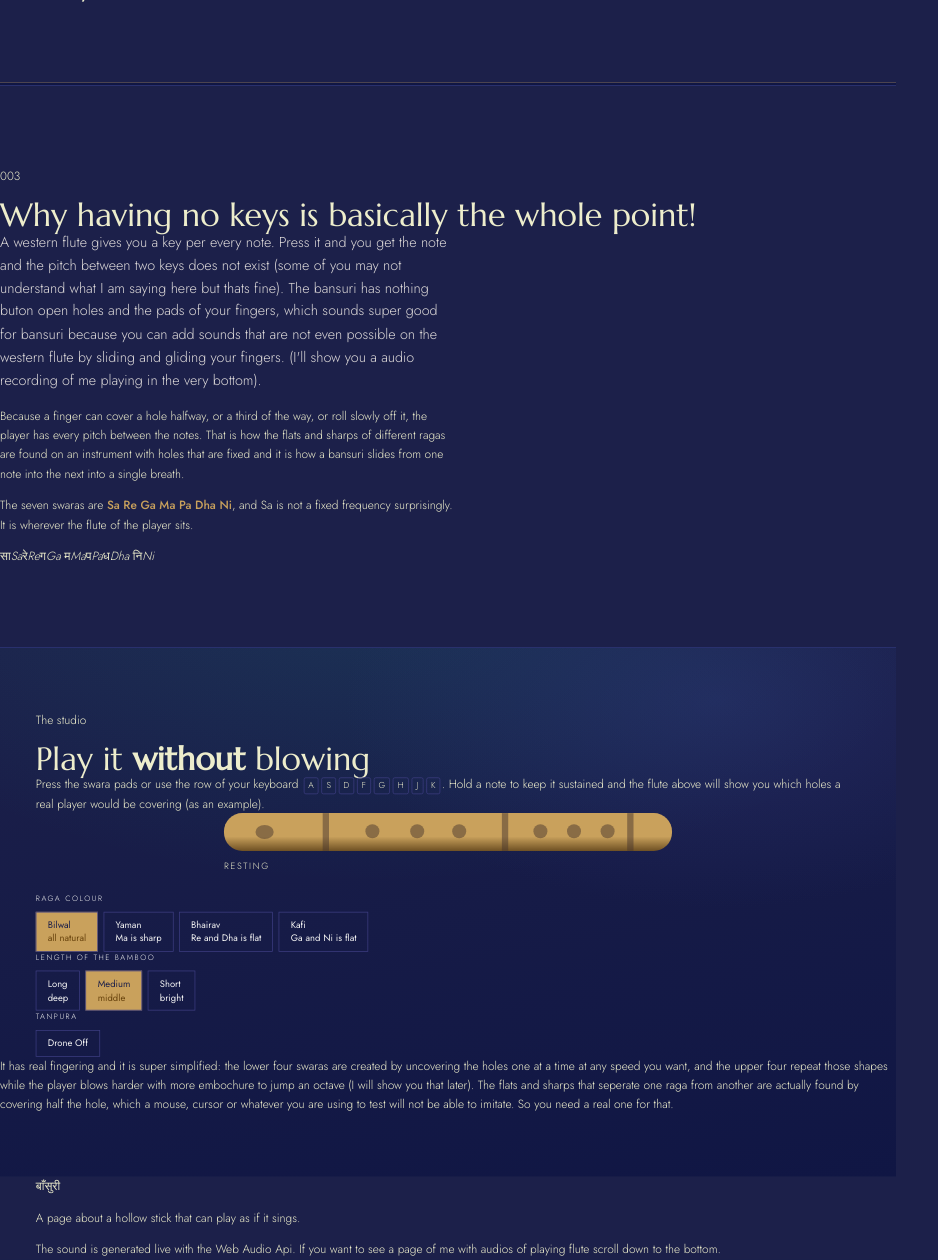
Repository: manayparikh1/Bansi
Page: index.html
An editor plug-in stored every save of this project. The page is shown before and after the next save, followed by the edit.
The browser window is 1280 px wide. The page is 1340 px wide, so the pictures cover 1340 px, including what lies to the right of the window. The pictures show the part of the page from y = 4121 to 5961 px (the page is 5921 px tall before and 5961 px after), at 70% of full size.

Above is the page before, as saved 2026-09-22 07:10:47.

After the next save:
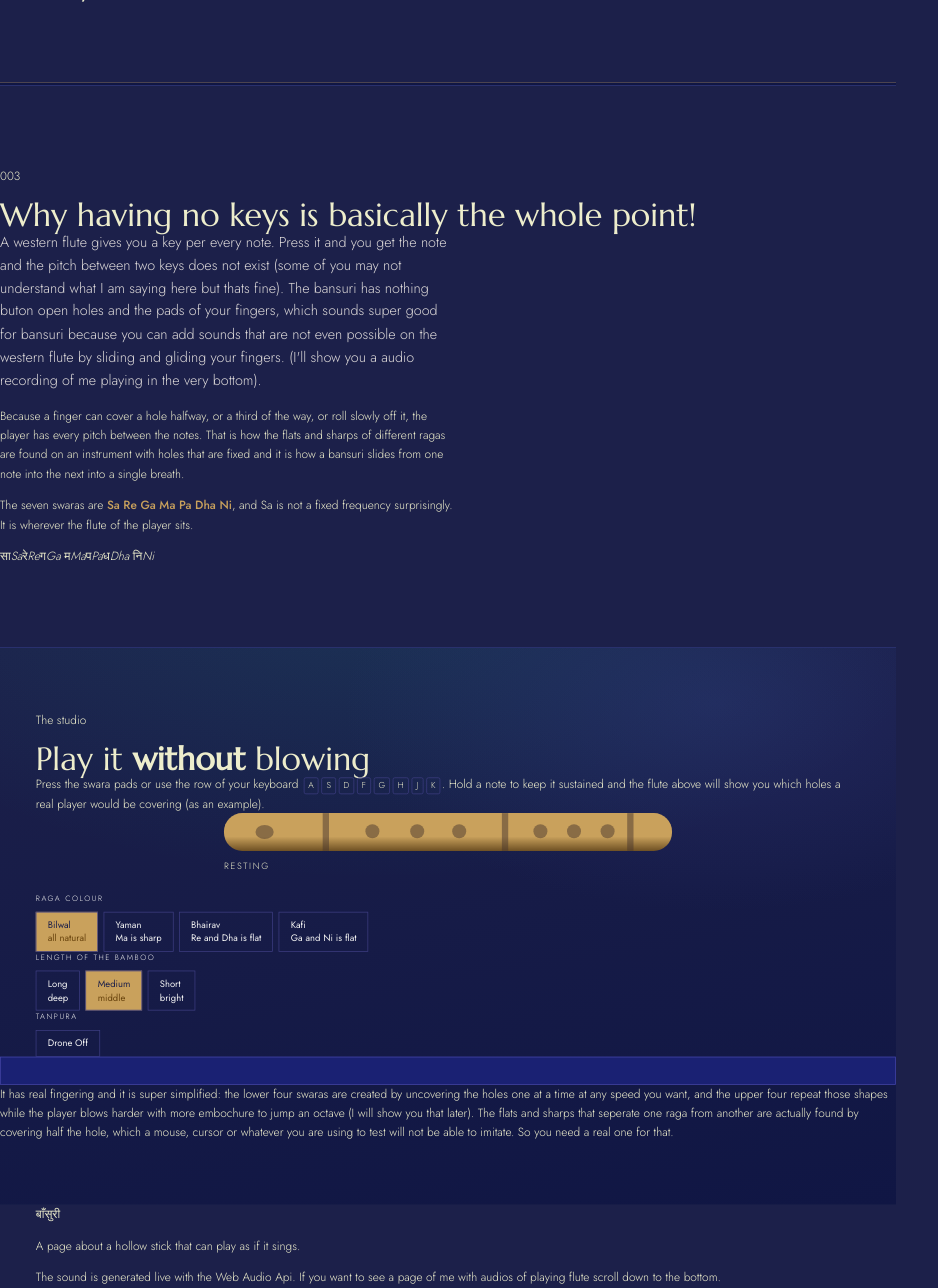
Saved 7 min 46 s later.
--- a/style.css
+++ b/style.css
@@ -563,3 +563,23 @@ kbd {
 }
 
 /*the pads for the swaras*/
+
+.thepads {
+    display: grid;
+    gap: 9.7px;
+    grid-template-columns: repeat(8, minmax(0, 1fr));
+}
+
+.thepads {
+    position: relative;
+    font-family: 'Marcellus', serif;
+    color: var(--cream);
+    background: #1a2173;
+    border: 1px solid #4646a7;
+    padding: 22px 8px 16px;
+    cursor: pointer;
+    text-align: center;
+    transition: transform 0.006s, background 0.06s;
+    touch-action: none;
+    user-select: none;
+}
